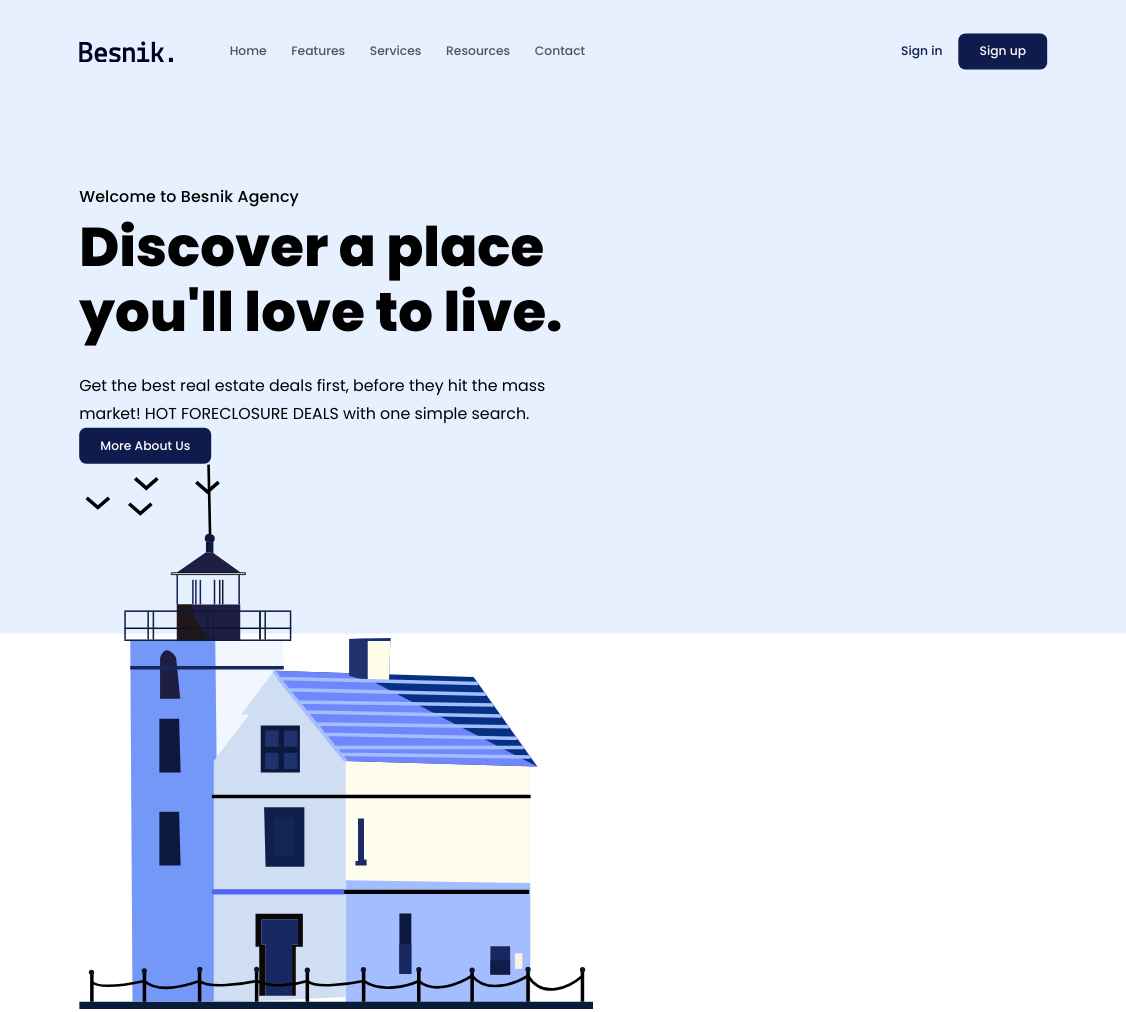
Repository: ducvui2003/f8-project-01
Page: index.html
An editor plug-in stored every save of this project. The page is shown before and after the next save, followed by the edit.
The browser window is 1280 px wide. The pictures show the whole page, at 88% of full size.

Above is the page before, as saved 2023-06-16 19:51:17.

### index.html
<!DOCTYPE html>
<html lang="en">

<head>
    <meta charset="UTF-8">
    <meta name="viewport" content="width=device-width, initial-scale=1.0">
    <title>f8-procject-01</title>

    <link rel="stylesheet" href="./asset/css/reset.css">
    <link rel="stylesheet" href="./asset/font/stylesheet.css">
    <link rel="stylesheet" href="./asset/css/styles.css">
</head>

<body>
    <main>
        <!-- Header -->
        <header class="header">
            <div class="content">
                <!--  -->
                <nav class="nav">
                    <!-- Logo -->
                    <img src="./asset/img/logo.svg" alt="">

                    <!-- Navigation -->
                    <ul>
                        <li><a href="">Home</a></li>
                        <li><a href="">Features</a></li>
                        <li><a href="">Services</a></li>
                        <li><a href="">Resources</a></li>
                        <li><a href="">Contact</a></li>
                    </ul>

                    <!-- Action -->
                    <div class="actions">
                        <a href="#!" class="action-link">Sign in</a>
                        <a href="#!" class="btn action-btn">Sign up</a>
                    </div>
                </nav>
                <div class="hero">
                    <div class="info">
                        <p class="sub-title">Welcome to Besnik Agency</p>
                        <h1 class="title">Discover a place
                            you'll love to live.</h1>
                        <p class="desc">Get the best real estate deals first,
                            before they hit the mass market! HOT FORECLOSURE DEALS with one simple
                            search.</p>
                        <!-- cta = call to action -->
                        <a href="#!" class="btn hero-cta">More About Us</a>
                    </div>
                    <img src="./asset/img/hero-img.svg" alt="Discover a place
                    you'll love to live." class="hero-img">
                </div>
            </div>
        </header>

    </main>
</body>

</main>

</html>

### asset/font/stylesheet.css
/* =======Poppins font=========== */
@font-face {
  font-family: "Poppins";
  src: url("Poppins/Poppins-Black.woff2") format("woff2"),
    url("Poppins/Poppins-Black.woff") format("woff");
  font-weight: 900;
  font-style: normal;
  font-display: swap;
}

@font-face {
  font-family: "Poppins";
  src: url("Poppins/Poppins-BlackItalic.woff2") format("woff2"),
    url("Poppins/Poppins-BlackItalic.woff") format("woff");
  font-weight: 900;
  font-style: italic;
  font-display: swap;
}

@font-face {
  font-family: "Poppins";
  src: url("Poppins/Poppins-Bold.woff2") format("woff2"),
    url("Poppins/Poppins-Bold.woff") format("woff");
  font-weight: bold;
  font-style: normal;
  font-display: swap;
}

@font-face {
  font-family: "Poppins";
  src: url("Poppins/Poppins-BoldItalic.woff2") format("woff2"),
    url("Poppins/Poppins-BoldItalic.woff") format("woff");
  font-weight: bold;
  font-style: italic;
  font-display: swap;
}

@font-face {
  font-family: "Poppins";
  src: url("Poppins/Poppins-ExtraBold.woff2") format("woff2"),
    url("Poppins/Poppins-ExtraBold.woff") format("woff");
  font-weight: bold;
  font-style: normal;
  font-display: swap;
}

@font-face {
  font-family: "Poppins";
  src: url("Poppins/Poppins-ExtraBoldItalic.woff2") format("woff2"),
    url("Poppins/Poppins-ExtraBoldItalic.woff") format("woff");
  font-weight: bold;
  font-style: italic;
  font-display: swap;
}

@font-face {
  font-family: "Poppins";
  src: url("Poppins/Poppins-ExtraLight.woff2") format("woff2"),
    url("Poppins/Poppins-ExtraLight.woff") format("woff");
  font-weight: 200;
  font-style: normal;
  font-display: swap;
}

@font-face {
  font-family: "Poppins";
  src: url("Poppins/Poppins-ExtraLightItalic.woff2") format("woff2"),
    url("Poppins/Poppins-ExtraLightItalic.woff") format("woff");
  font-weight: 200;
  font-style: italic;
  font-display: swap;
}

@font-face {
  font-family: "Poppins";
  src: url("Poppins/Poppins-Italic.woff2") format("woff2"),
    url("Poppins/Poppins-Italic.woff") format("woff");
  font-weight: normal;
  font-style: italic;
  font-display: swap;
}

@font-face {
  font-family: "Poppins";
  src: url("Poppins/Poppins-Light.woff2") format("woff2"),
    url("Poppins/Poppins-Light.woff") format("woff");
  font-weight: 300;
  font-style: normal;
  font-display: swap;
}

@font-face {
  font-family: "Poppins";
  src: url("Poppins/Poppins-LightItalic.woff2") format("woff2"),
    url("Poppins/Poppins-LightItalic.woff") format("woff");
  font-weight: 300;
  font-style: italic;
  font-display: swap;
}

@font-face {
  font-family: "Poppins";
  src: url("Poppins/Poppins-Medium.woff2") format("woff2"),
    url("Poppins/Poppins-Medium.woff") format("woff");
  font-weight: 500;
  font-style: normal;
  font-display: swap;
}

@font-face {
  font-family: "Poppins";
  src: url("Poppins/Poppins-MediumItalic.woff2") format("woff2"),
    url("Poppins/Poppins-MediumItalic.woff") format("woff");
  font-weight: 500;
  font-style: italic;
  font-display: swap;
}

@font-face {
  font-family: "Poppins";
  src: url("Poppins/Poppins-SemiBold.woff2") format("woff2"),
    url("Poppins/Poppins-SemiBold.woff") format("woff");
  font-weight: 600;
  font-style: normal;
  font-display: swap;
}

@font-face {
  font-family: "Poppins";
  src: url("Poppins/Poppins-Regular.woff2") format("woff2"),
    url("Poppins/Poppins-Regular.woff") format("woff");
  font-weight: normal;
  font-style: normal;
  font-display: swap;
}

@font-face {
  font-family: "Poppins";
  src: url("Poppins/Poppins-SemiBoldItalic.woff2") format("woff2"),
    url("Poppins/Poppins-SemiBoldItalic.woff") format("woff");
  font-weight: 600;
  font-style: italic;
  font-display: swap;
}

@font-face {
  font-family: "Poppins";
  src: url("Poppins/Poppins-Thin.woff2") format("woff2"),
    url("Poppins/Poppins-Thin.woff") format("woff");
  font-weight: 100;
  font-style: normal;
  font-display: swap;
}

@font-face {
  font-family: "Poppins";
  src: url("Poppins/Poppins-ThinItalic.woff2") format("woff2"),
    url("Poppins/Poppins-ThinItalic.woff") format("woff");
  font-weight: 100;
  font-style: italic;
  font-display: swap;
}

### asset/css/styles.css
* {
  box-sizing: border-box;
}
html {
  font-size: 62.5%;
}
body {
  font-size: 1.6rem;
  font-family: "Poppins";
}
:root {
  --primary-color: #0f1b4c;
}
/* Common */
a {
  text-decoration: none;
}
.content {
  width: 1100px;
  max-width: calc(100% - 48px);
  margin-left: auto;
  margin-right: auto;
}

.btn {
  min-width: 98px;
  background-color: var(--primary-color);
  border-radius: 0.8rem;
  padding: 10px 24px;
  color: white;
  font-style: normal;
  font-weight: 500;
  font-size: 1.4rem;
  line-height: 2.1rem;
  display: inline-block;
}
.btn:hover {
  opacity: 0.9;
}
/* Header */
.header {
  height: 100vh;
  background-color: #e6f0ff;
}

.header .nav {
  display: flex;
  align-items: center;
  padding-top: 38px;
}
.header .nav ul {
  margin-left: 50px;
  margin-right: auto;

  display: flex;
  justify-content: space-between;
}

.header .nav ul a {
  color: #4f5361;
  padding: 8px 14px;
  /* Padding in tag inline block  */
}
.header .nav ul a:hover {
  text-decoration: underline;
}
.header .nav a {
  font-weight: 500;
  font-size: 1.4rem;
  line-height: 2.1rem;
}
.header .nav .actions {
  display: flex;
  justify-content: center;
  align-items: center;
  gap: 1.8rem;
}
.header .nav .action-link {
  color: var(--primary-color);
}
.hero {
  margin-top: 130px;
}
.hero .info {
  width: 51%;
}
.hero .sub-title {
  font-style: normal;
  font-weight: 500;
  font-size: 1.8rem;
  line-height: 1.5;
  letter-spacing: 0.01em;
}

.hero .title {
  font-style: normal;
  font-weight: 700;
  font-size: 6.2rem;
  line-height: 1.19;
  margin-top: 8px;
  margin-bottom: 30px;
}
.hero .desc {
  font-style: normal;
  font-weight: 400;
  font-size: 1.8rem;
  line-height: 1.78;
}
.btn-cta {
  margin-top: 40px;
  padding: 15px 37px;
  min-width: 170px;
}

Loaded but not shown: asset/css/reset.css (common file)

After the next save:
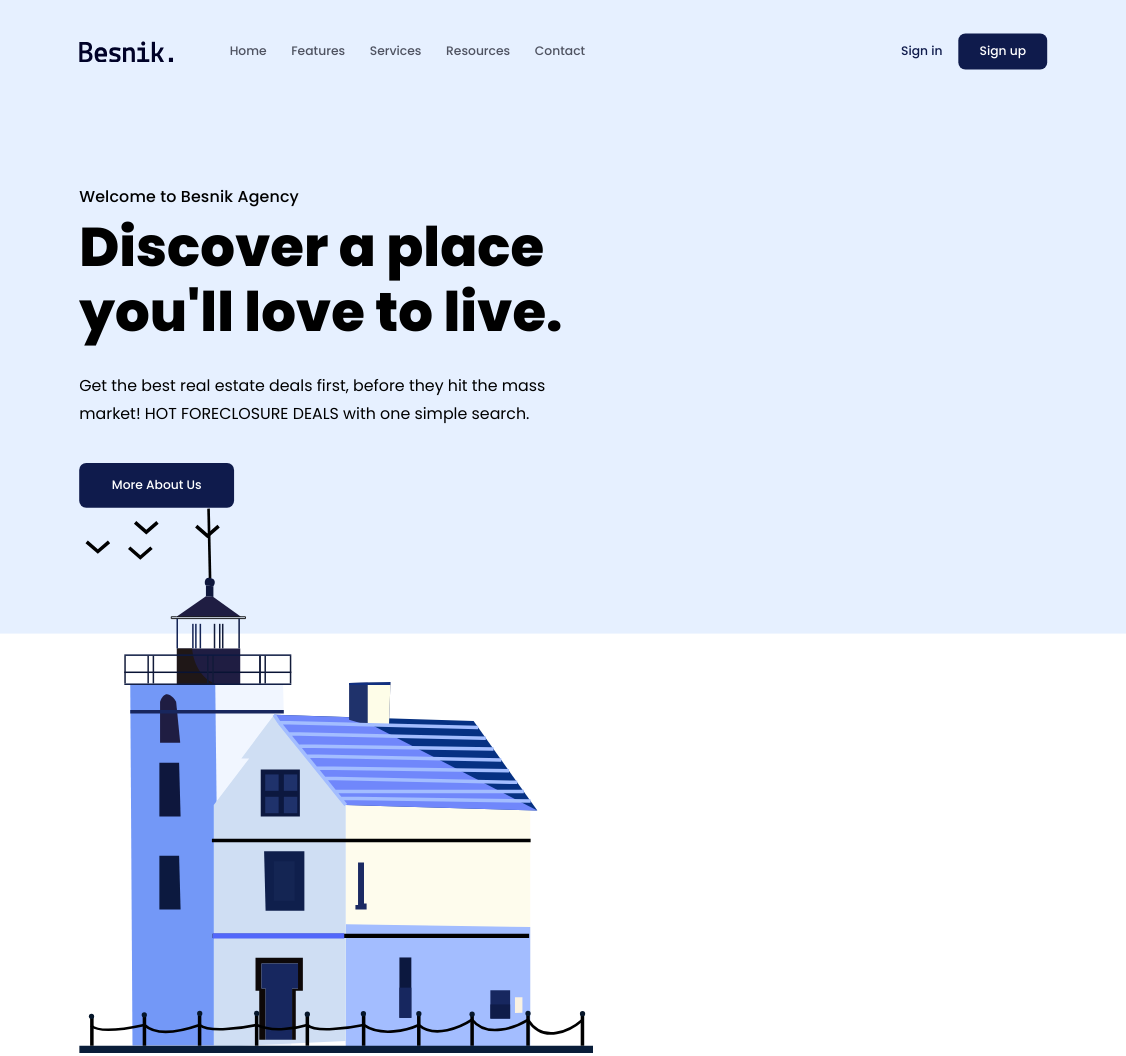
Saved 11 s later.
--- a/asset/css/styles.css
+++ b/asset/css/styles.css
@@ -106,7 +106,7 @@
   font-size: 1.8rem;
   line-height: 1.78;
 }
-.btn-cta {
+.hero-cta {
   margin-top: 40px;
   padding: 15px 37px;
   min-width: 170px;
